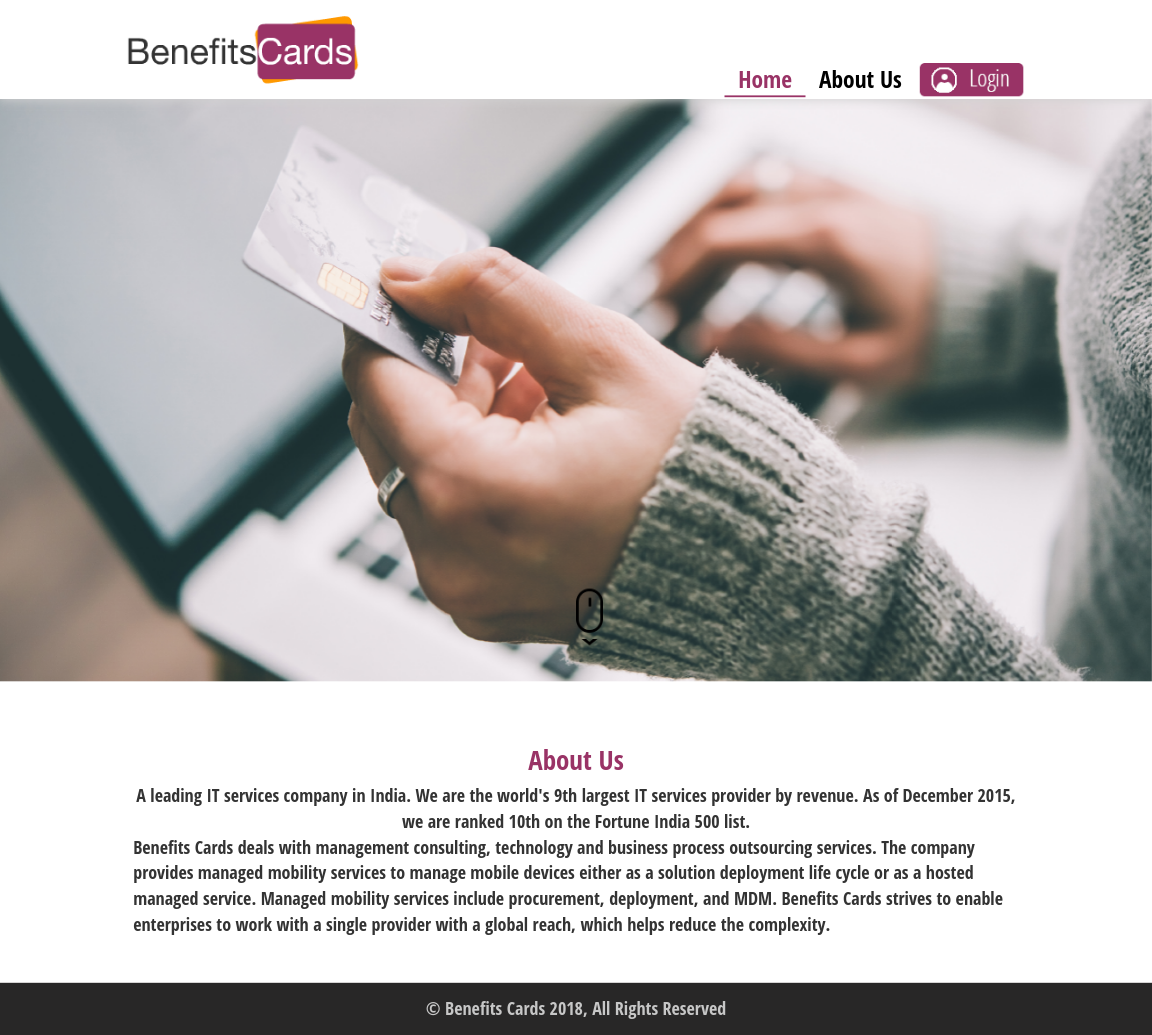
Repository: intkhabahmed/AcceleratedBootcampWebsites
Page: http://localhost/BenefitsCards/UI/index.jsp
An editor plug-in stored every save of this project. The page is shown before and after the next save, followed by the edit.
The browser window is 1280 px wide. The pictures show the whole page, at 90% of full size.
Some web fonts or font styles are not loaded; a fallback is used. The page is served by Tomcat 9. Nobody is signed in. The application's start-up code is not run.

Above is the page before, as saved 2018-02-13 08:10:44.

After the next save:
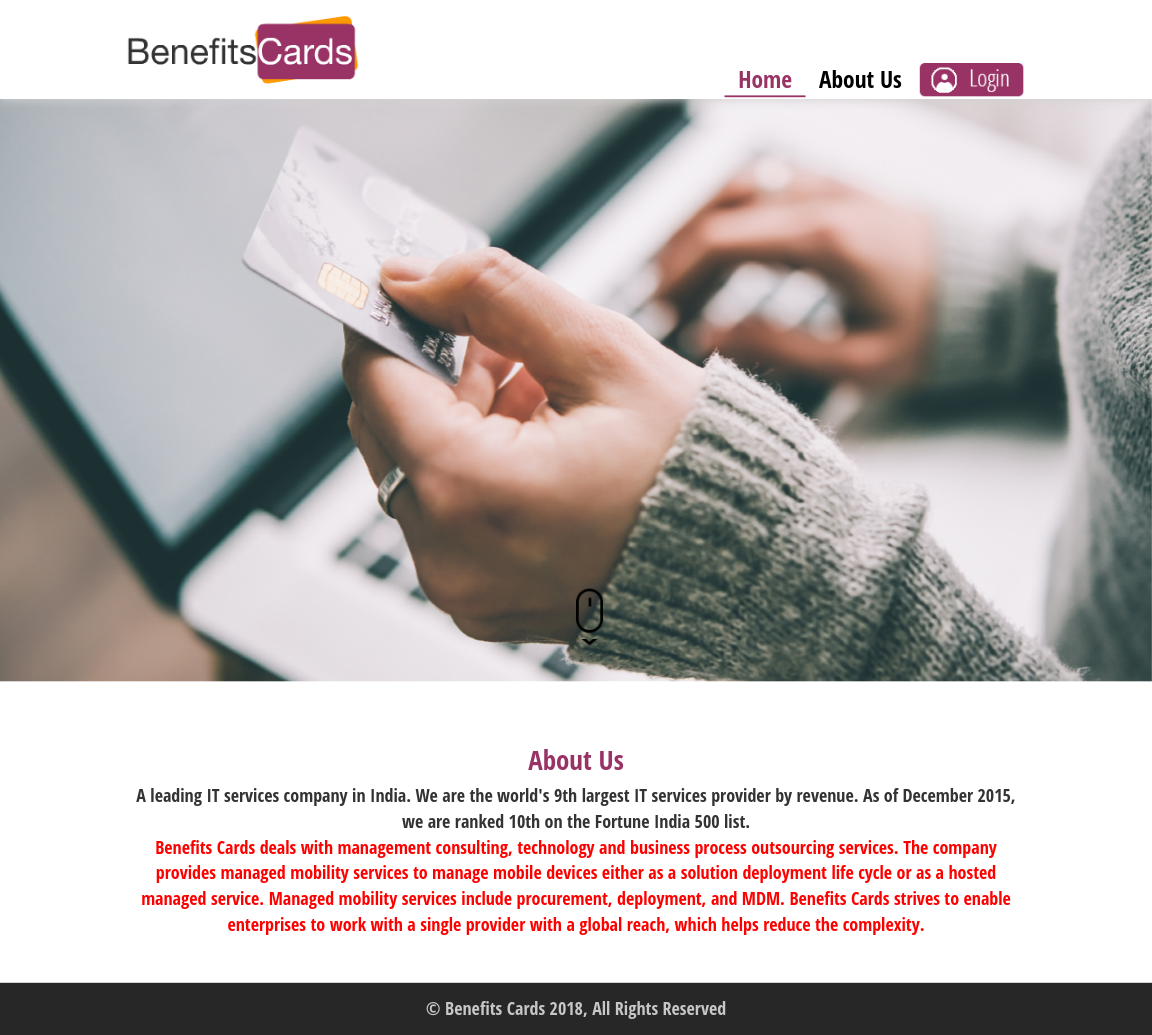
Saved 15 s later.
--- a/BenefitsCards/WebContent/UI/index.jsp
+++ b/BenefitsCards/WebContent/UI/index.jsp
@@ -43,7 +43,7 @@
 				<p align="center">A leading IT services company in India. We are
 					the world's 9th largest IT services provider by revenue. As of
 					December 2015, we are ranked 10th on the Fortune India 500 list.</p>
-				<p>Benefits Cards deals with management consulting, technology
+				<p align="center" class="error">Benefits Cards deals with management consulting, technology
 					and business process outsourcing services. The company provides
 					managed mobility services to manage mobile devices either as a
 					solution deployment life cycle or as a hosted managed service.
